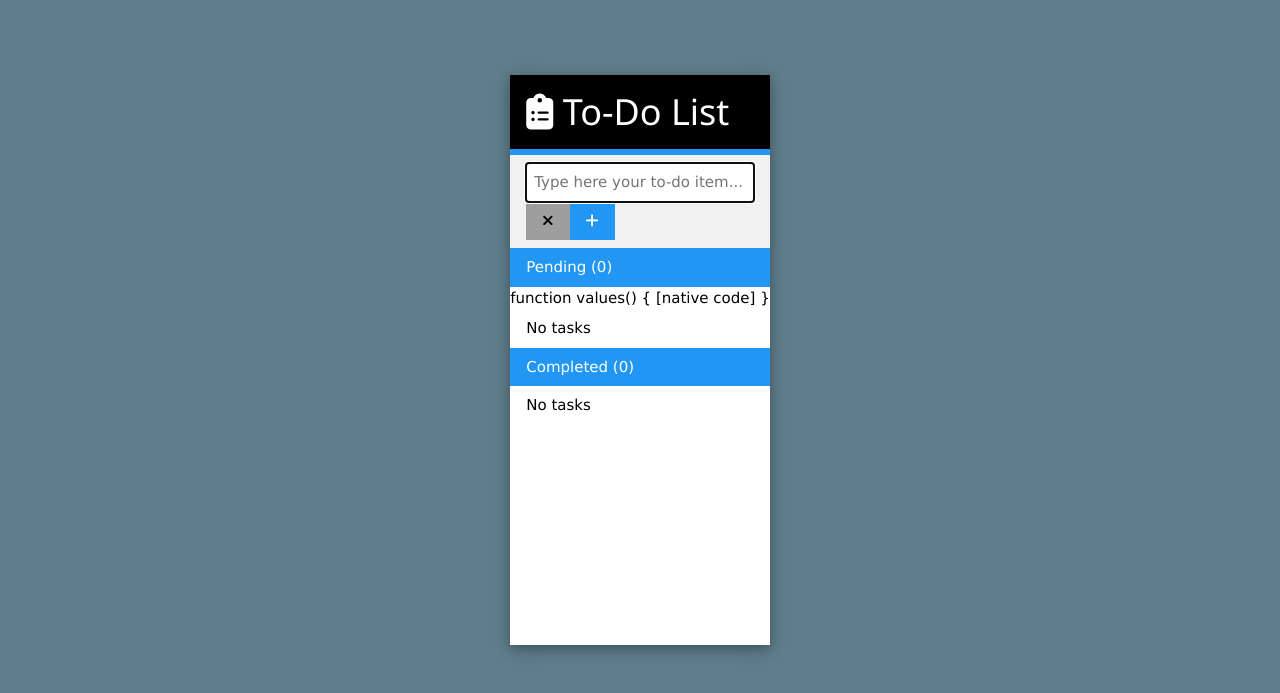
Repository: bclover/vue3-design-patterns-book
Page: /
An editor plug-in stored every save of this project. The page is shown before and after the next save, followed by the edit.
The browser window is 1280 px wide. The pictures show the whole page.
The project was rebuilt for these pictures with package versions that can differ from the ones it lists, and the page was loaded fresh each time. Also part of the build but not shown: vite.config.ts.

Above is the page before, as saved 2023-06-19 21:07:21.

After the next save:
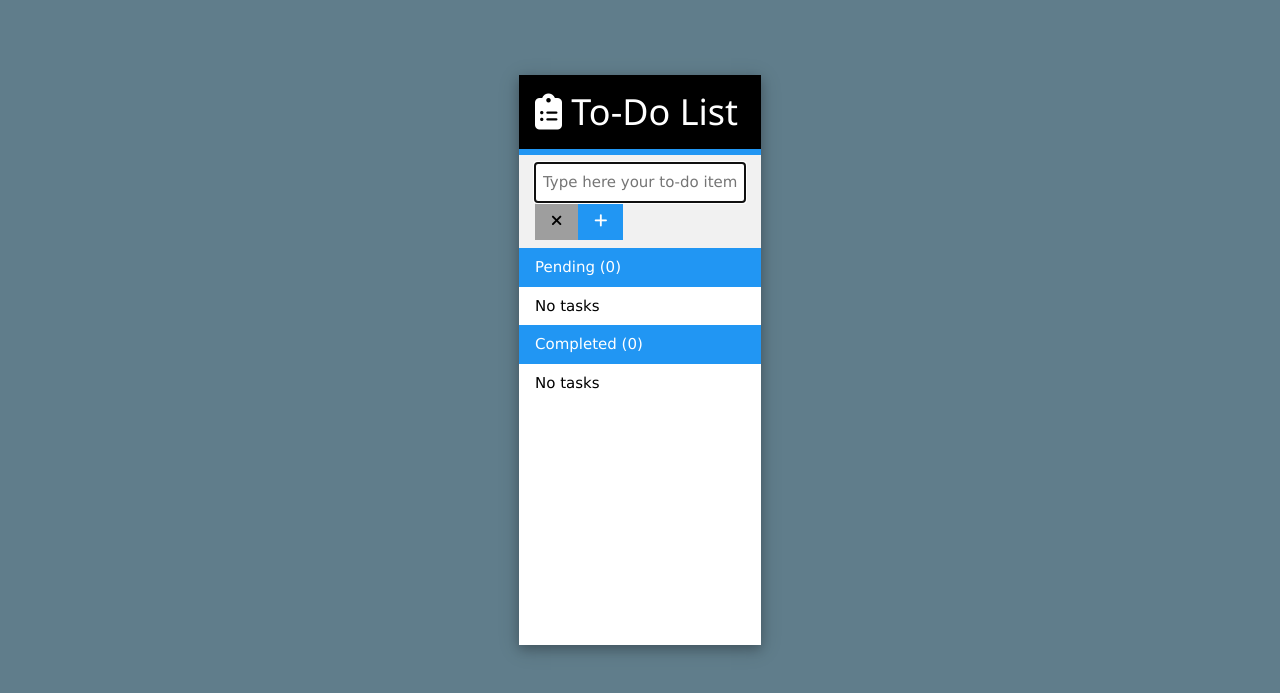
Saved 13 s later.
--- a/src/components/ToDos.vue
+++ b/src/components/ToDos.vue
@@ -70,7 +70,7 @@ function addToDo() {
 
     <!-- Pending Todos Heading -->
     <div class="w3-padding w3-blue">Pending ({{ _pending.length }})</div>
-    {{ _todo_list.values }}
+    {{ _todo_list.value }}
     <!-- List of Pending Todos -->
     <div class="w3-padding" v-for="todo in _todo_list" :key="todo.id">
       <label>
